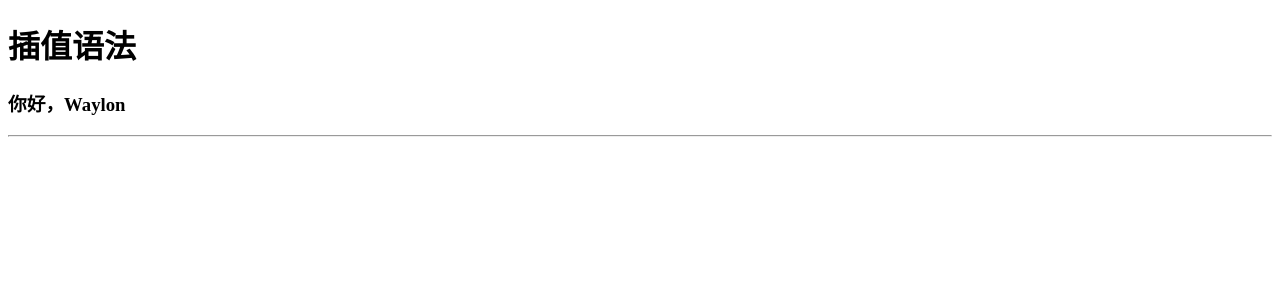
Repository: WAY-C/JSCodes
Page: Vue/02Vue模板/Vue模板.html
An editor plug-in stored every save of this project. The page is shown before and after the next save, followed by the edit.
The browser window is 1280 px wide. The pictures show the whole page.

Above is the page before, as saved 2021-08-26 09:30:02.

After the next save:
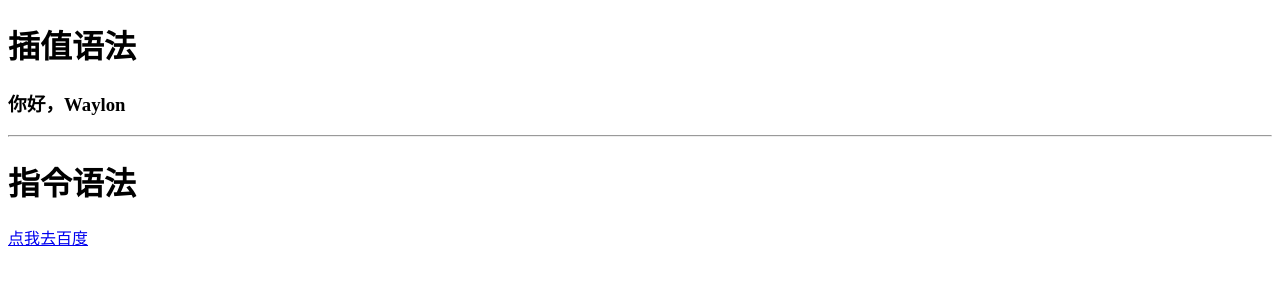
Saved 72 s later.
--- a/Vue/02Vue模板/Vue模板.html
+++ b/Vue/02Vue模板/Vue模板.html
@@ -15,6 +15,8 @@
         <h1>插值语法</h1>
         <h3>你好，{{name}}</h3>
         <hr/>
+        <h1>指令语法</h1>
+        <a href="http://www.baidu.com">点我去百度</a>
     </div>
     <script type="text/javascript">
         Vue.config.productionTip = false; //阻止Vue在启动时产生生产提示
